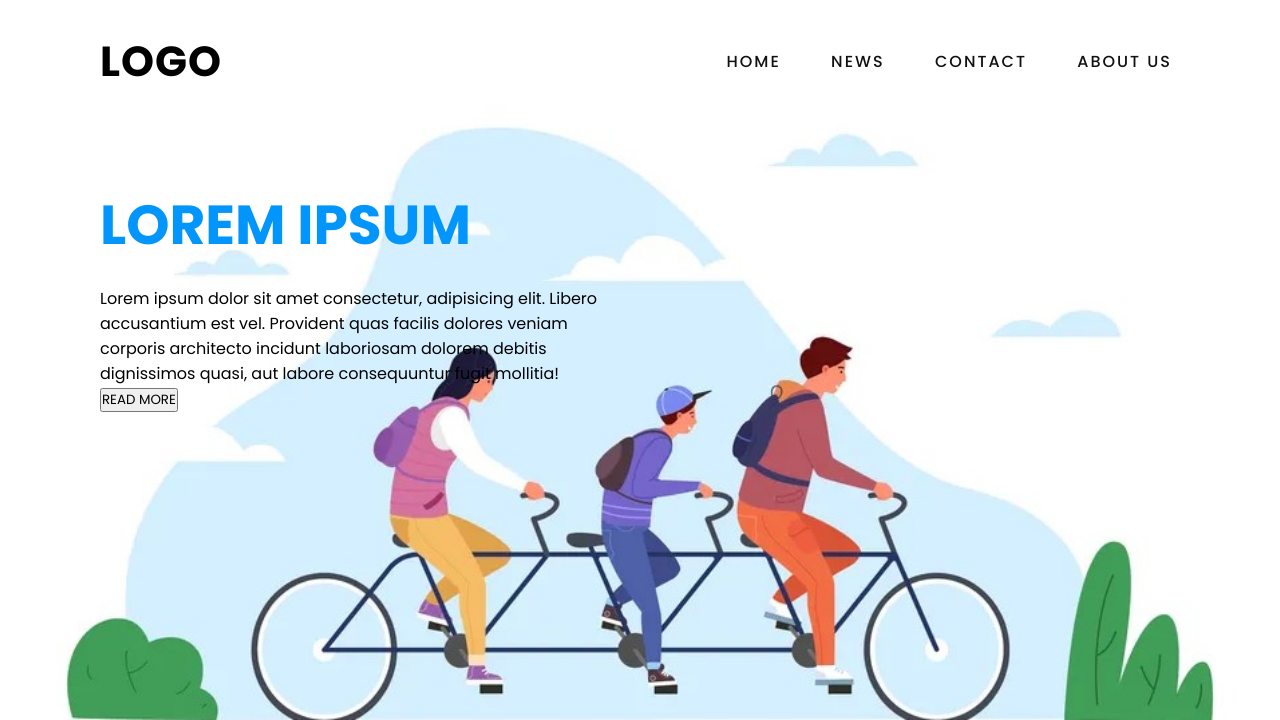
Repository: nganha241/1806
Page: index.html
The author's editor kept a copy of each file at every save. The page is drawn from the files as they stood at one save, then again after the next save.
The browser window is 1280 px wide. The pictures show the whole page.

Above is the page before, as saved 2022-06-18 15:52:39.

After the next save:
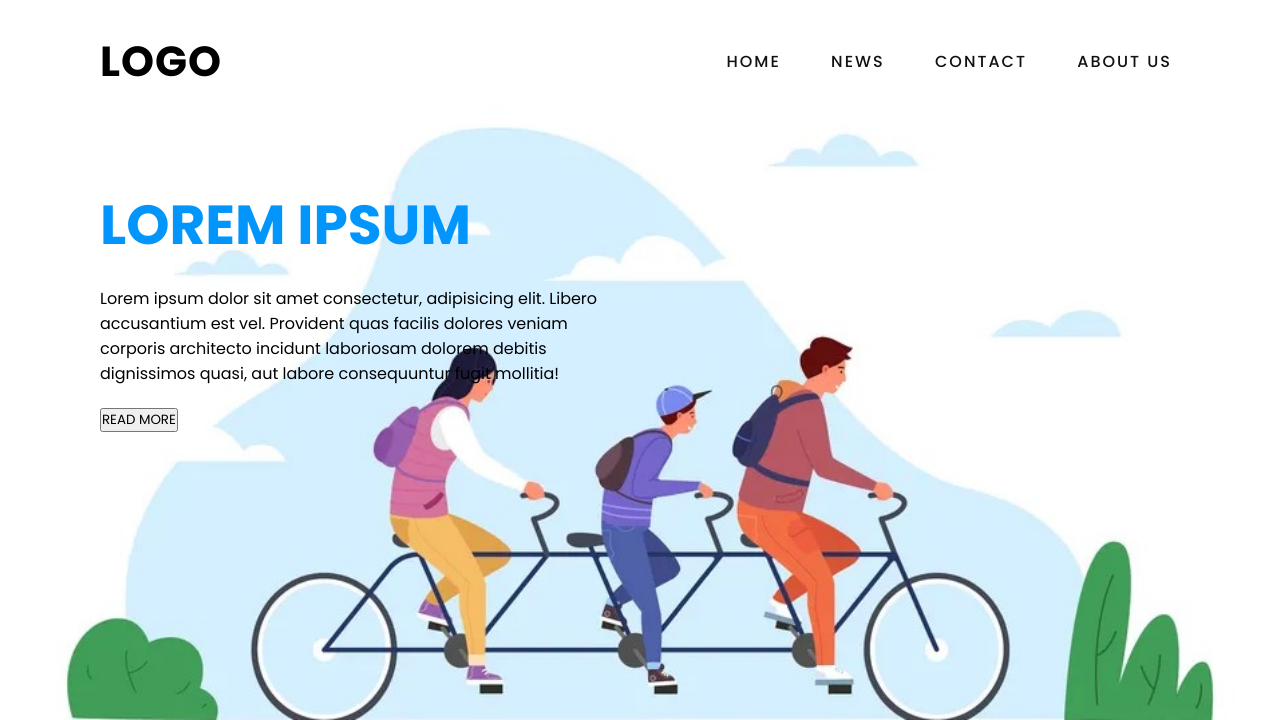
Saved 8 s later.
--- a/style.css
+++ b/style.css
@@ -74,3 +74,7 @@ section header {
     font-size: 55px;
     color: #0296FC;
 }
+
+.text {
+    margin-bottom: 20px;
+}
